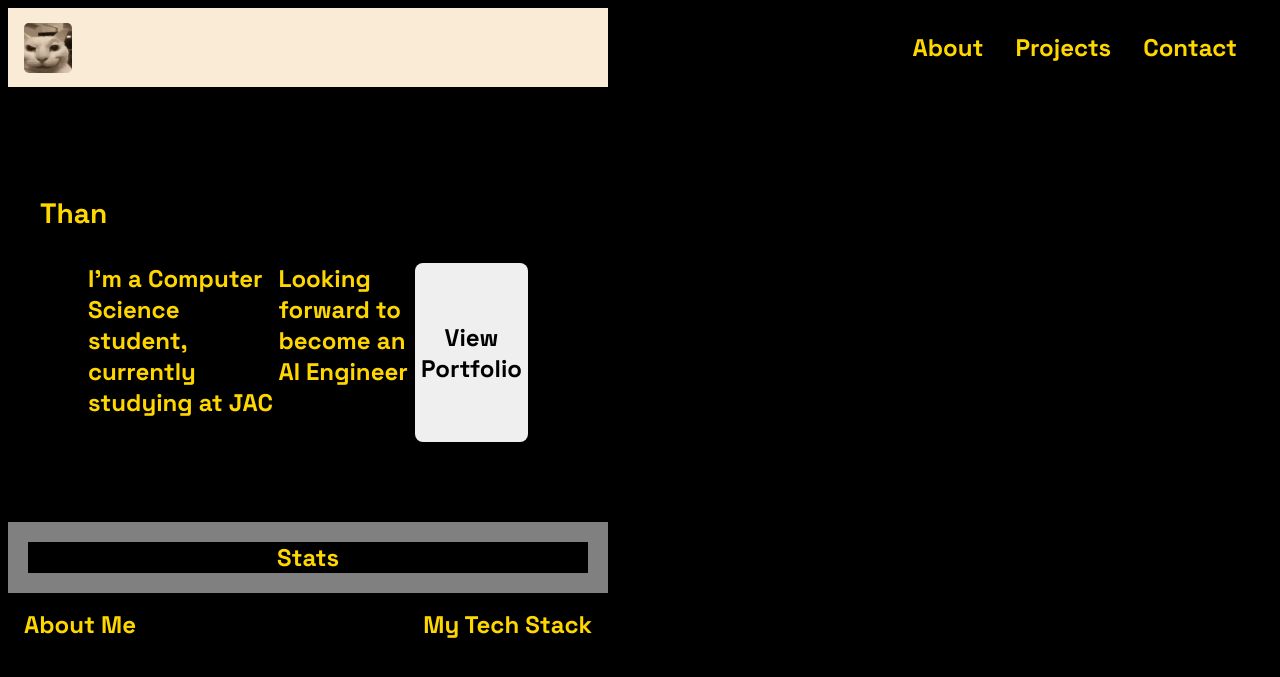
Repository: Than-dot/Than-dot
Page: index.html
The author's editor kept a copy of each file at every save. The page is drawn from the files as they stood at one save, then again after the next save.
The browser window is 1280 px wide. The pictures show the whole page.

Above is the page before, as saved 2026-05-06 12:23:30.

After the next save:
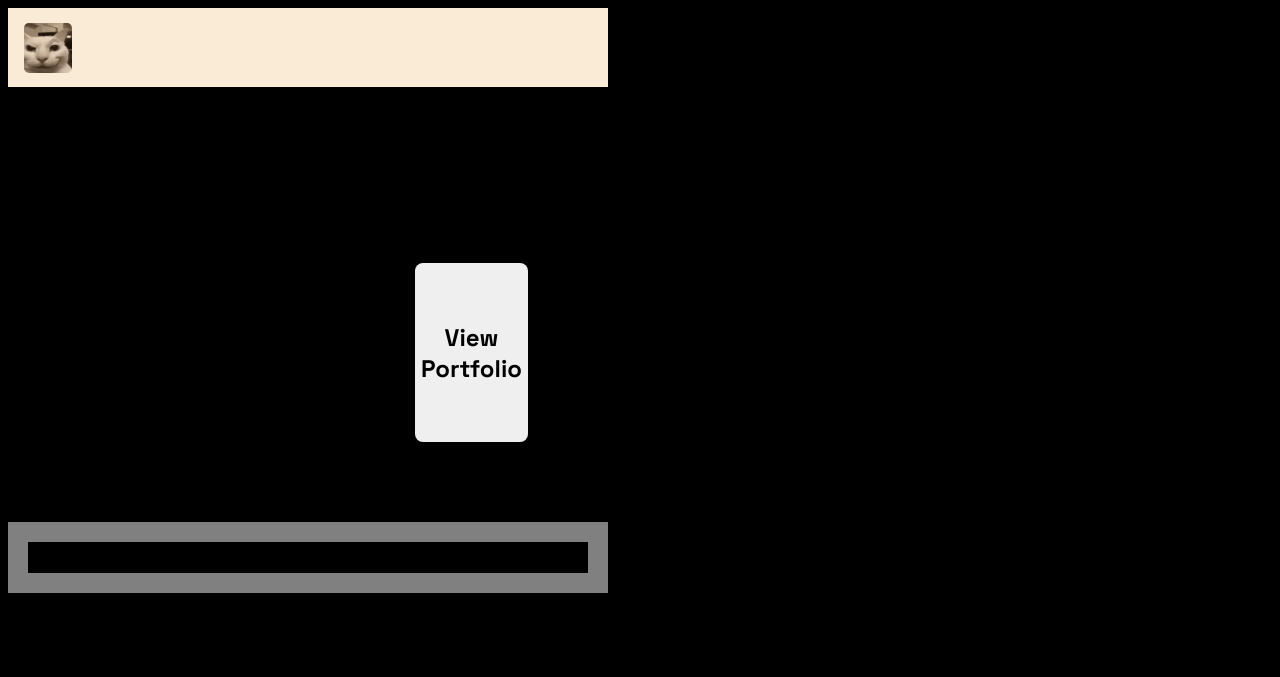
Saved 2 min 5 s later.
--- a/styles/index.css
+++ b/styles/index.css
@@ -2,7 +2,7 @@ body {
   width: 100%;
   max-width: 600px;
   background-color: black;
-  color: gold;
+  color: gold-light;
 }
 .container1 {
   display: flex;
